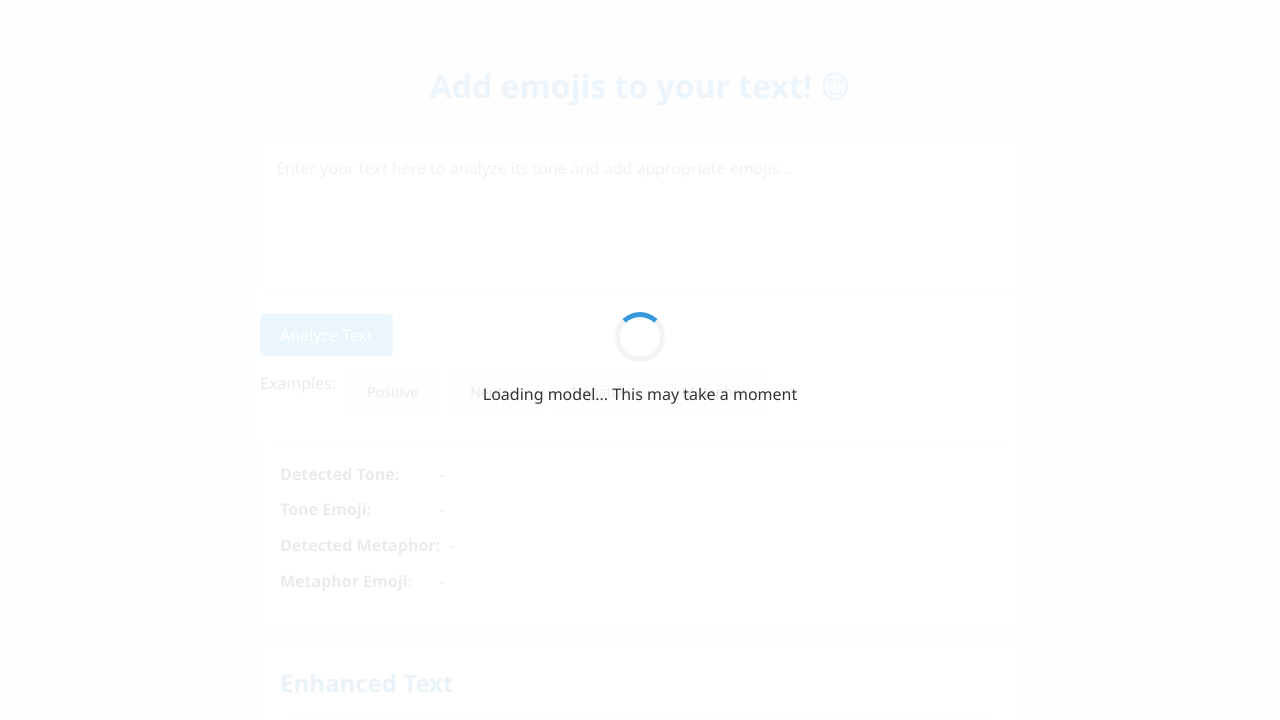
Repository: Teycir/emojiadder
Page: index.html
An editor plug-in stored every save of this project. The page is shown before and after the next save, followed by the edit.
The browser window is 1280 px wide. The pictures show the window.
A layer covers the whole window, so only the first screen is drawn.

Above is the page before, as saved 2025-03-23 12:12:12.

After the next save:
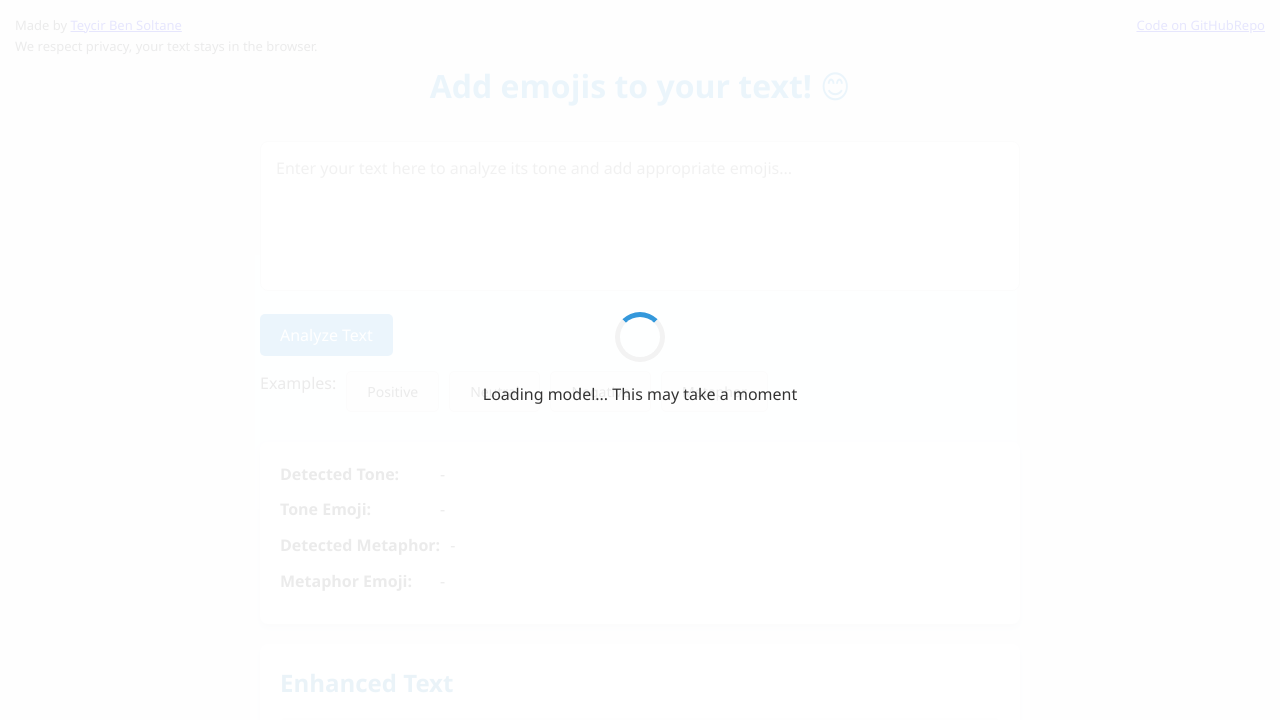
Saved 20 s later.
--- a/index.html
+++ b/index.html
@@ -10,6 +10,13 @@
 
 <body>
     <div class="container">
+        <div style="position: fixed; top: 10px; left: 10px; font-size: small; margin: 5px;">
+            Made by <a href="https://www.teycirbensoltane.tn">Teycir Ben Soltane</a><br>
+            We respect privacy, your text stays in the browser.
+        </div>
+        <a href="https://github.com/Teycir/emojiadder" style="position: fixed; top: 10px; right: 10px; font-size: small; margin: 5px;">
+            Code on GitHubRepo
+        </a>
         <h1>Add emojis to your text! 😊</h1>
 
 
